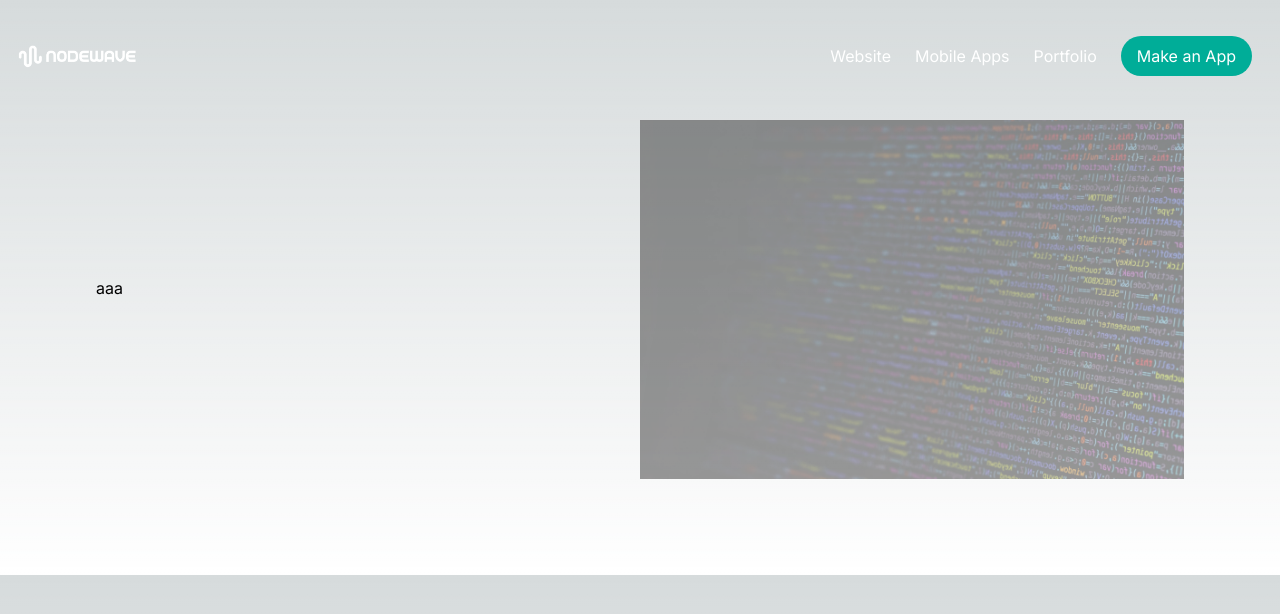
Repository: farrelmuhammad/nodewave
Page: /
An editor plug-in stored every save of this project. The page is shown before and after the next save, followed by the edit.
The browser window is 1280 px wide. The pictures show the whole page.
The project was rebuilt for these pictures with package versions that can differ from the ones it lists, and the page was loaded fresh each time. The framework's server and built-in components were replaced by stand-ins that run in the browser. Also part of the build but not shown: next.config.js.

Above is the page before, as saved 2023-09-08 13:01:44.

After the next save:
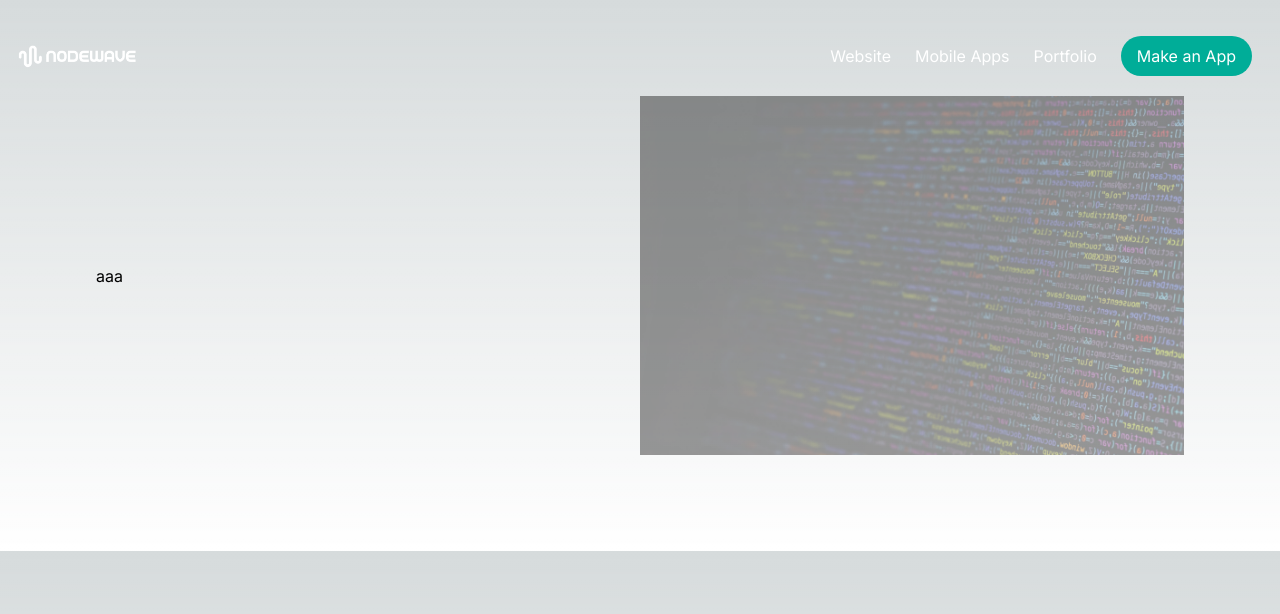
Saved 97 s later.
--- a/src/components/Hero.jsx
+++ b/src/components/Hero.jsx
@@ -8,23 +8,6 @@
       <div className="w-1/2">
         <div class="relative hero-image">
           <div class="overlay inset-0 bg-black opacity-35 z-10"></div>
-          <div class="overlay right-0 bottom-0 md:inset-0">
-            <button
-              class="video hero-cta focus:outline-none z-30 modal-trigger"
-              data-content='<div class="w-screen pb-56 md:w-88 md:pb-56 relative z-50">
-              <div class="absolute w-full h-full">
-                <iframe
-                  width="100%"
-                  height="100%"
-                  src="https://www.youtube.com/embed/3h0_v1cdUIA"
-                  frameborder="0"
-                  allow="accelerometer; autoplay; clipboard-write; encrypted-media; gyroscope; picture-in-picture"
-                  allowfullscreen
-                ></iframe>
-              </div>
-            </div>'
-            ></button>
-          </div>
           <img
             src="/assets/background.png"
             alt="hero 1"
